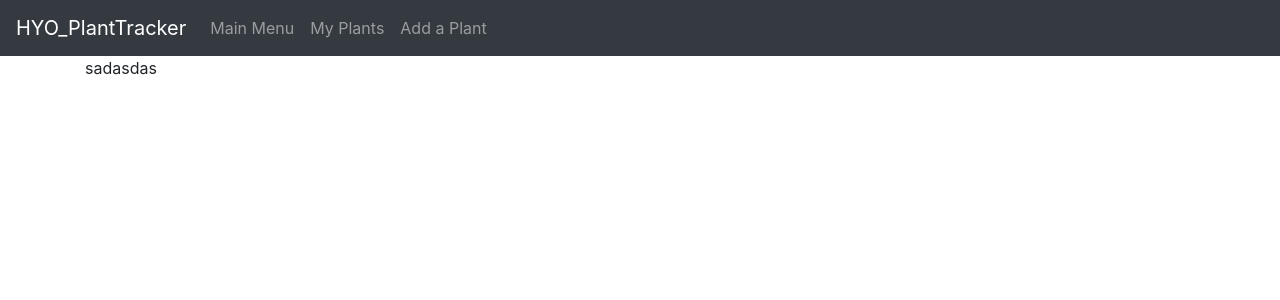
Repository: emersonwilliams/HYO_PlantTracker
Page: capstone_app/plant_tracker/templates/myplants.html
An editor plug-in stored every save of this project. The page is shown before and after a run of saves, followed by the edit.
The browser window is 1280 px wide. The pictures show the whole page.

Above is the page before, as saved 2020-08-01 23:59:14.

After the next 2 saves:
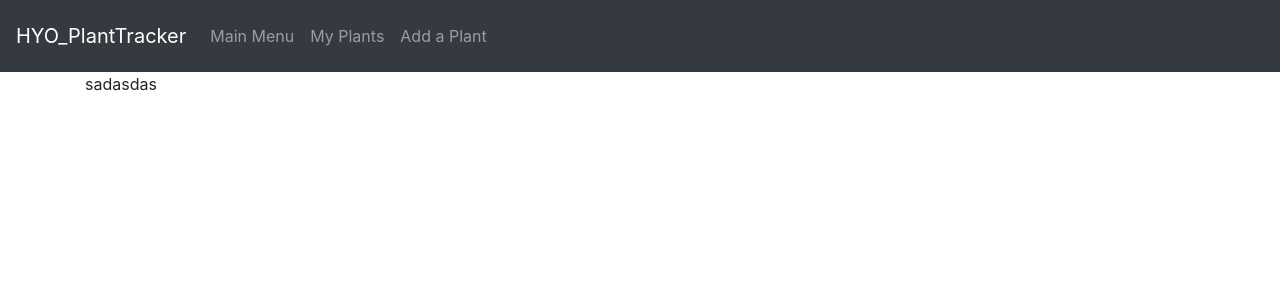
The 2 saves are shown as one change because they came seconds apart.
The last was saved 7 s later.
--- a/capstone_app/plant_tracker/static/css/myplants.css
+++ b/capstone_app/plant_tracker/static/css/myplants.css
@@ -1,3 +1,3 @@
 .navbar{
-    padding:
+    padding: 1em 1em 1em 1em;
 }
